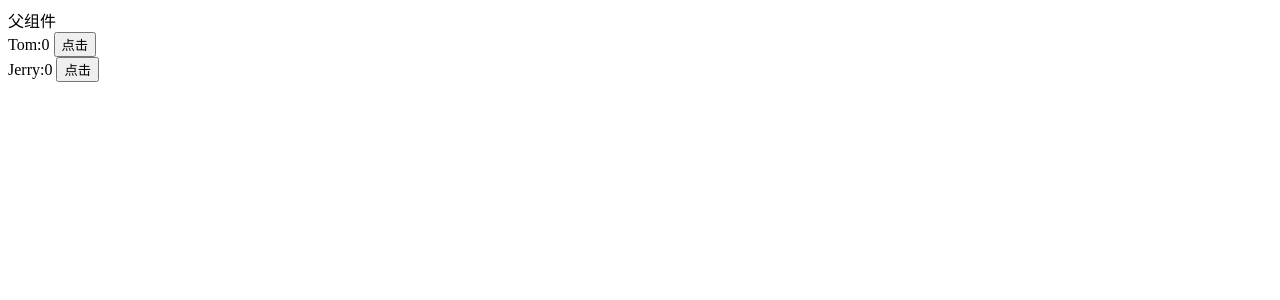
Repository: chenguocan/Vue_component
Page: 非父组件间的传值.html
These files come from the project's save history. The page is drawn as it stood at one moment and after the next save; the edit follows.
The browser window is 1280 px wide. The pictures show the whole page.

Above is the page before, as saved 2020-07-23 16:36:18.

After the next save:
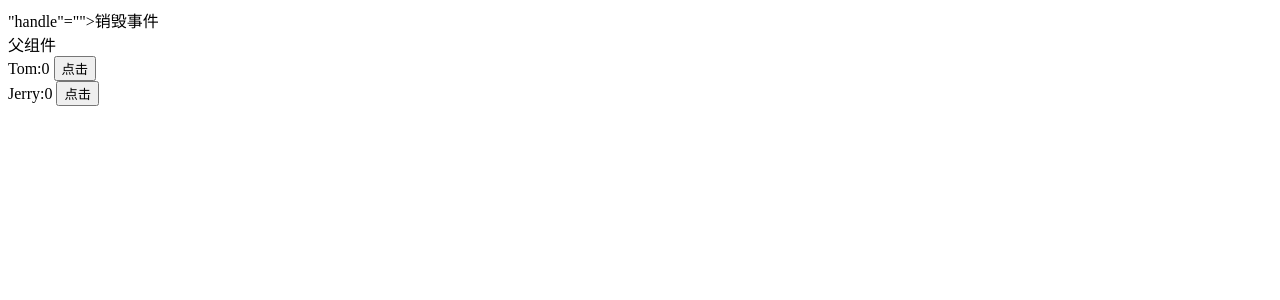
Saved 57 s later.
--- a/非父组件间的传值.html
+++ b/非父组件间的传值.html
@@ -7,6 +7,9 @@
   </head>
   <body>
     <div id="app">
+        <div>
+            <button @click:"handle">销毁事件</button>
+        </div>
       <div>{{parent}}</div>
       <hello-tom></hello-tom>
       <hello-jerry></hello-jerry>
